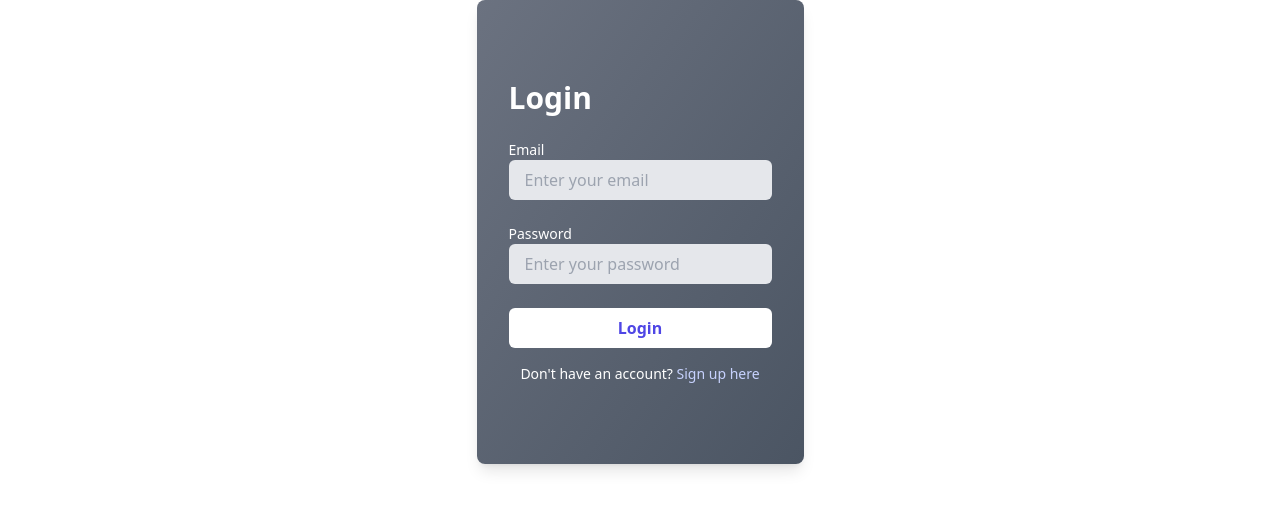
Repository: shaafsalman/product-Management-MERN
Page: / (app in frontend/)
These files come from the project's save history. The page is drawn as it stood at one moment and after a run of saves; the edit follows.
The browser window is 1280 px wide. The pictures show the whole page.
The project was rebuilt for these pictures with package versions that can differ from the ones it lists, and the page was loaded fresh each time. Also part of the build but not shown: frontend/vite.config.js, frontend/src/Pages/NoPage.jsx.

Above is the page before, as saved 2024-05-14 00:43:48.

After the next 3 saves:
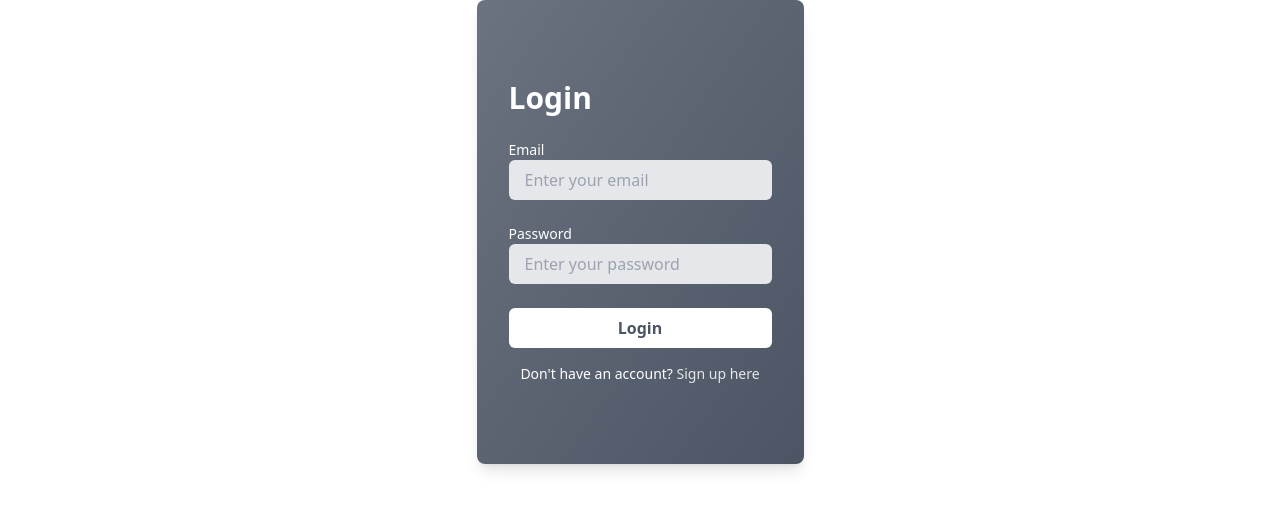
The 3 saves are shown as one change because they came seconds apart.
The last was saved 13 s later.
--- a/frontend/src/Pages/Login.jsx
+++ b/frontend/src/Pages/Login.jsx
@@ -27,7 +27,7 @@ const Login = () => {
             <div>
               <button
                 type="submit"
-                className="w-full bg-white text-indigo-600 py-2 rounded-md font-semibold hover:bg-indigo-600 hover:text-white transition duration-300"
+                className="w-full bg-white text-gray-600 py-2 rounded-md font-semibold hover:bg-gray-600 hover:text-white transition duration-300"
               >
                 Login
               </button>
@@ -36,7 +36,7 @@ const Login = () => {
           <div className="text-center mt-4">
             <p className="text-sm text-white">
               Don't have an account?{' '}
-              <Link to="/signup" className="text-indigo-200 hover:text-white">
+              <Link to="/signup" className="text-gray-200 hover:text-white">
                 Sign up here
               </Link>
             </p>
